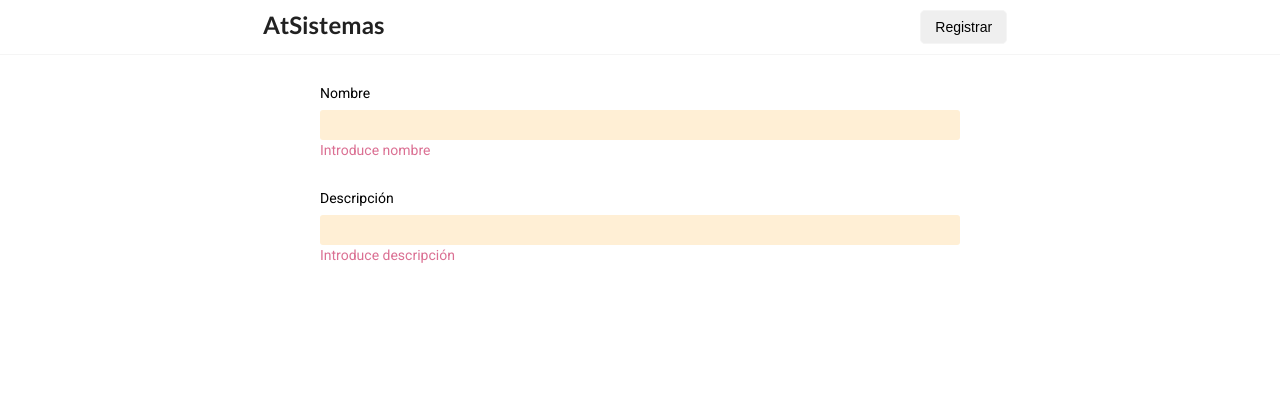
Repository: banchiec/atsistemas
Page: /site/register-site
These files come from the project's save history. The page is drawn as it stood at one moment and after the next save; the edit follows.
The browser window is 1280 px wide. The pictures show the whole page.
The project was rebuilt for these pictures with package versions that can differ from the ones it lists, and the page was loaded fresh each time. Also part of the build but not shown: src/components/SiteCard/SiteCard.js, src/redux/actions/sitesActions.js, src/screens/SiteScreen/SiteScreen.js, src/screens/SiteDetailsScreen/SiteDetailsScreen.js.

Above is the page before, as saved 2022-08-16 14:19:46.

After the next save:
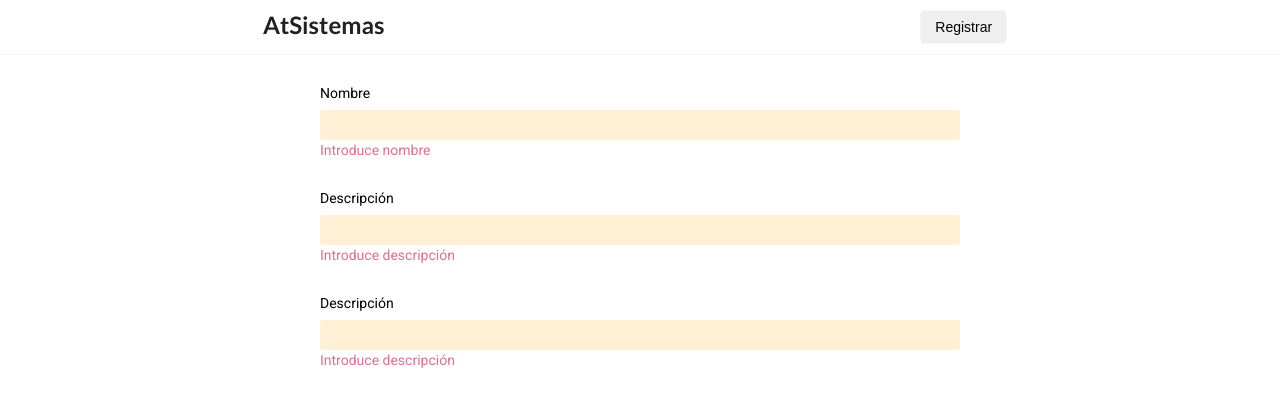
Saved 20 s later.
--- a/src/screens/RegisterSiteScreen/RegisterSiteScreen.js
+++ b/src/screens/RegisterSiteScreen/RegisterSiteScreen.js
@@ -13,6 +13,11 @@ const RegisterSiteScreen = () => {
 				<Input id='label'/>
 				<Message>Introduce descripción</Message>
 			</FormControl>
+			<FormControl>
+				<Label htmlFor="label">Descripción</Label>
+				<Input id='label'/>
+				<Message>Introduce descripción</Message>
+			</FormControl>
 		</ContainerRegisterSiteScreen>
 	)
 }
